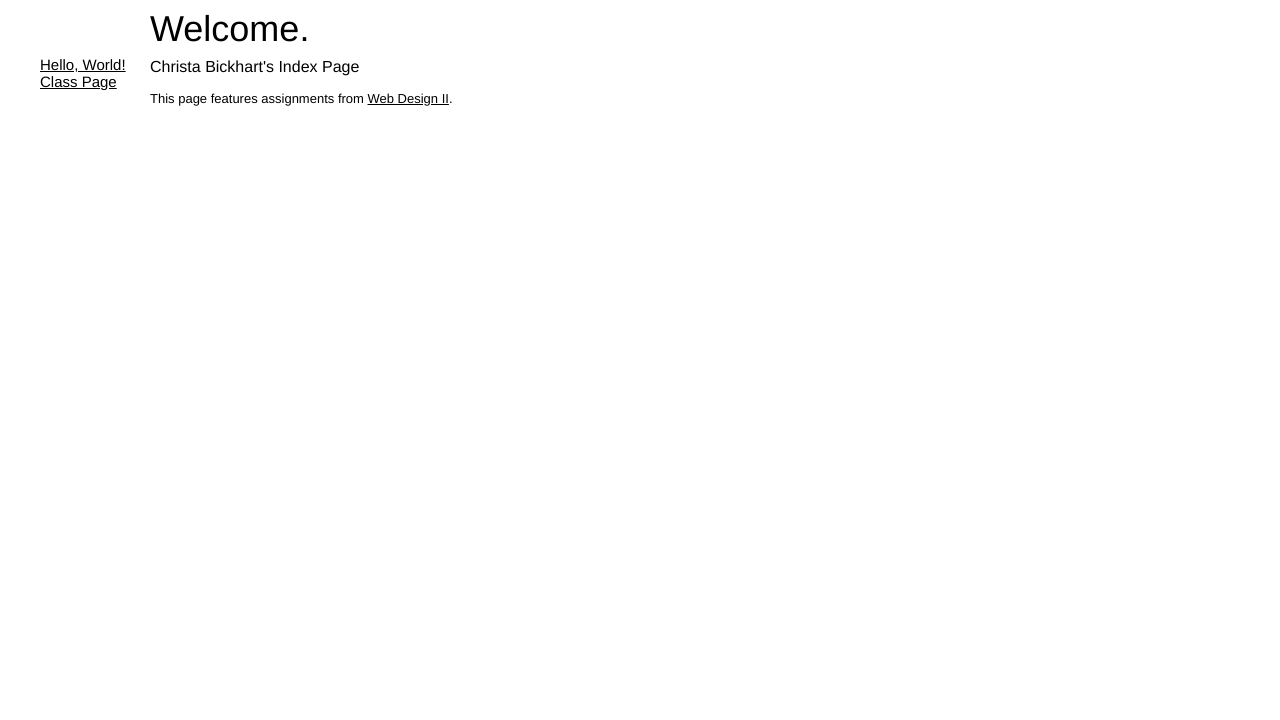
Repository: cbickhar/cbickhar.github.io
Page: index.html
The author's editor kept a record of every edit. The page is drawn from the files as they stood at one moment, then again after the next edit.
The browser window is 1280 px wide. The pictures show the whole page.

Above is the page before.

After the next edit:
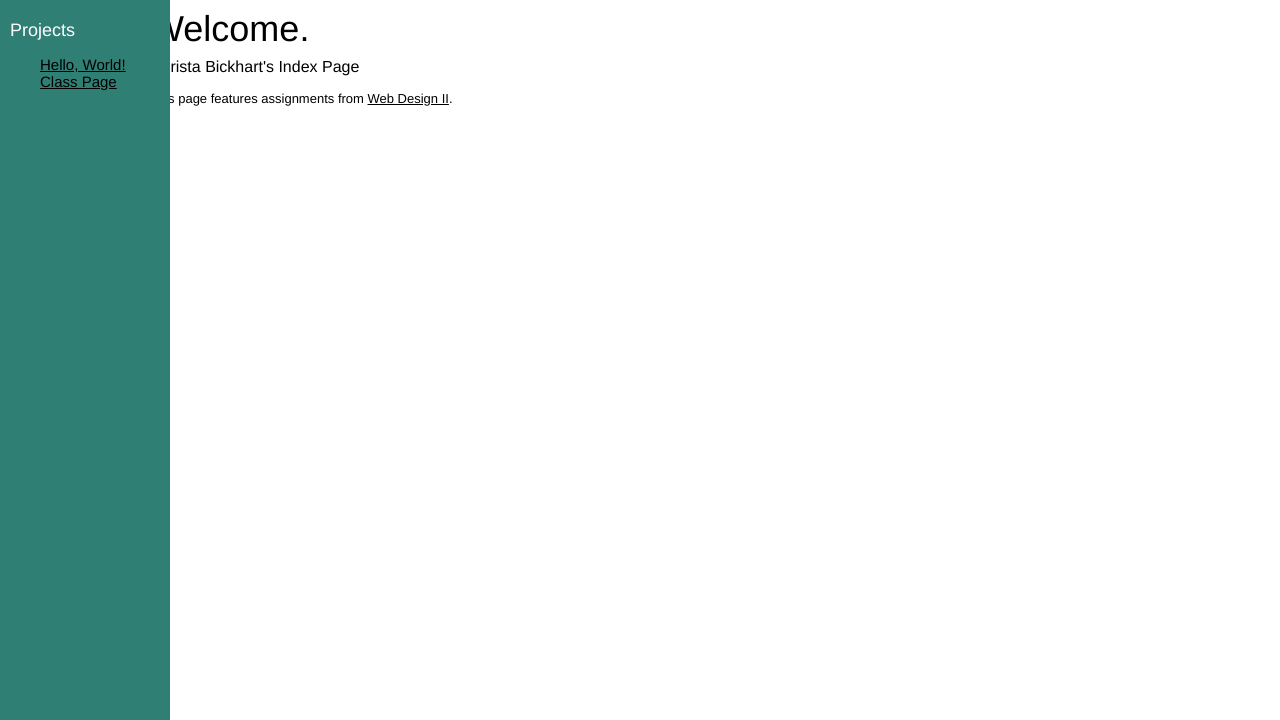
The edit:
--- a/styles.css
+++ b/styles.css
@@ -41,7 +41,7 @@
     font-family: avenir, helvetica, sans-serif;
 	font-size: 15px;
 	position: fixed;
-	background-color: #;
+	background-color: #307f75;
 	color: white;
 	width: 170px;
 	height: 100%;
